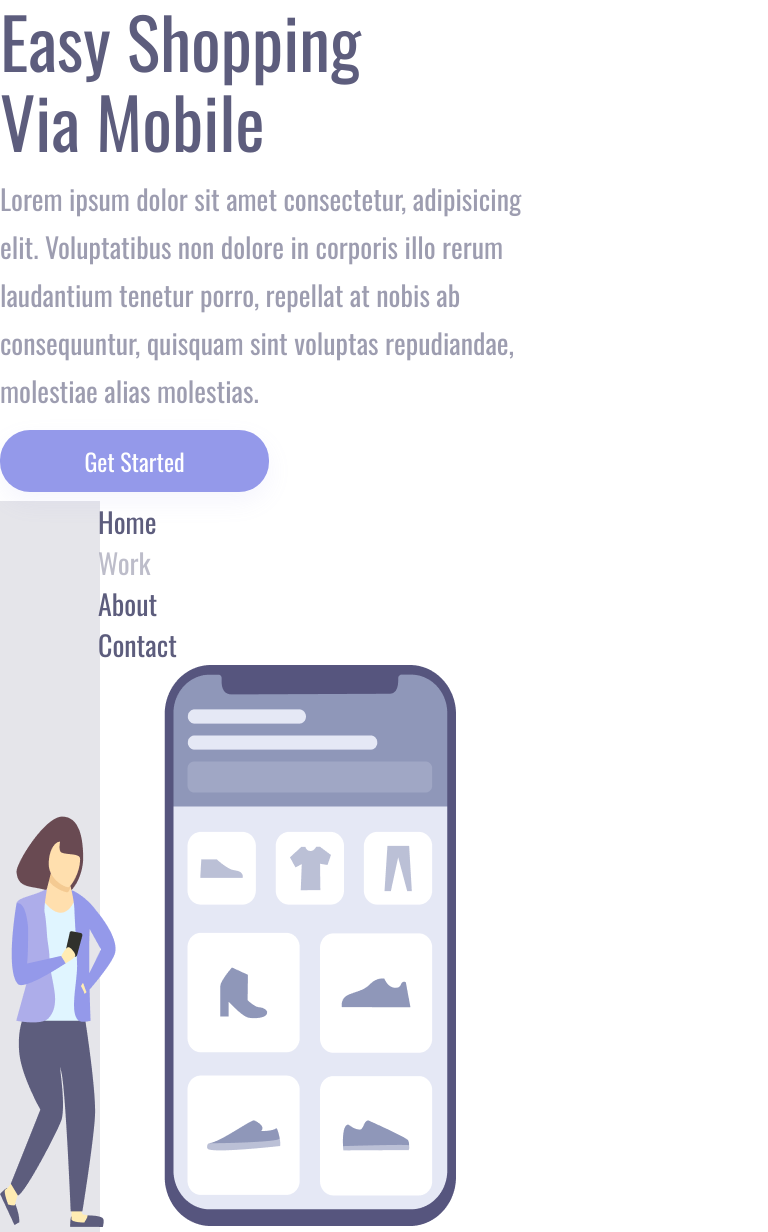
Repository: DihOliver/Projeto-Responsivo
Page: index.html
The author's editor kept a copy of each file at every save. The page is drawn from the files as they stood at one save, then again after the next save.
The browser window is 768 px wide. The pictures show the whole page.
Some web fonts or font styles are not loaded; a fallback is used.

Above is the page before, as saved 2023-06-14 18:29:45.

### index.html
<!DOCTYPE html>
<html lang="en">
  <head>
    <meta charset="UTF-8" />
    <meta http-equiv="X-UA-Compatible" content="IE=edge" />
    <meta name="viewport" content="width=device-width, initial-scale=1.0" />
    <link rel="stylesheet" href="./styles.css" />
    <link rel="preconnect" href="https://fonts.googleapis.com" />
    <link rel="preconnect" href="https://fonts.gstatic.com" crossorigin />
    <link
      href="https://fonts.googleapis.com/css2?family=Montserrat:ital,wght@0,500;0,600;0,700;0,900;1,400&family=Oswald&family=Poppins:wght@400;500;700&family=Roboto:wght@400;500;700&family=Tilt+Prism&display=swap"
      rel="stylesheet"
    />
    <title>Css - Responsividade</title>
  </head>
  <body>
    <div class="wrapper">
      <section class="container-left">
        <h1>Easy Shopping Via Mobile</h1>
        <p>
          Lorem ipsum dolor sit amet consectetur, adipisicing elit. Voluptatibus
          non dolore in corporis illo rerum laudantium tenetur porro, repellat
          at nobis ab consequuntur, quisquam sint voluptas repudiandae,
          molestiae alias molestias.
        </p>
        <button>Get Started</button>
      </section>
      <section class="container-rigth">
        <header>
          <a>Home</a>
          <a>Work</a>
          <a>About</a>
          <a>Contact</a>
        </header>
        <img alt="Girl=cellphone.png" src="./img/girl-cellphone.png" />
      </section>
    </div>
  </body>
</html>

### styles.css
*{
    margin: 0;
    padding: 0;
    box-sizing: border-box;
    font-family: 'Oswald', sans-serif;
    font-weight: 400;
}

.wrapper {
    height: 100vh;
    width: 100vw;

}

.container-left {
    display: inline-block;
    width: 60%;
    padding: 136px;
    margin-top: 25%;


}


.container-rigth {
    display: inline-block;
    background-color: rgba(93,93,125,0.16);
    height: 100vh;
    position: absolute;
    width: 540px;
    width: 40%;


}

img {
    position: relative;
    top: 25%;
    right: 130px;
}

h1 {
    font-weight: 0px;
    font-size: 70px;
    line-height: 80px;
    color: #5D5D7D;
    width: 368px;
    height: 160px;
    width: 368px;


}

p {
    font-size: 28px;
    line-height: 48px;
    color: #5D5D7D;
    opacity: 0.6;
    margin: 15px 0;
    width: 540px;

}

button {
    width: 269px;
    height: 62px;
    background: #9499EA;
    font-size: 24px;
    line-height: 36px;
    text-align: center;
    box-shadow: 0px 10px 24px rgba(148, 153, 234, 0.0979959);
    color: #FFFFFF;
    border: none;
    border-radius: 30px;
    cursor: pointer;
    }

    button:hover {
        opacity: .8;
    }

    button:active {
        opacity: .5;
    }

    a {
        font-size: 28px;
        line-height: 41px;
        color: #5D5D7D;
        margin: 41px;
        cursor: pointer;
    }

    a:nth-child(2) {
        opacity: 0.4;

    }

    a:hover {
        opacity: 0.4;
    }

    a:active {
        opacity: 0.8;
    }

    header {
        margin: 24px 0 0 57px;
    }

    @media screen and (max-width: 900px) {
        .container-left {
            width: 100%;
            height: 50%;
            padding: 0;
            margin: 0;
        }

        .container-rigth {
            display: block;
            height: auto;
            width: 100px;
            position: static;
        }

        img {
            position: static;
        }

        reader {
            display: none;
        }
    }

After the next save:
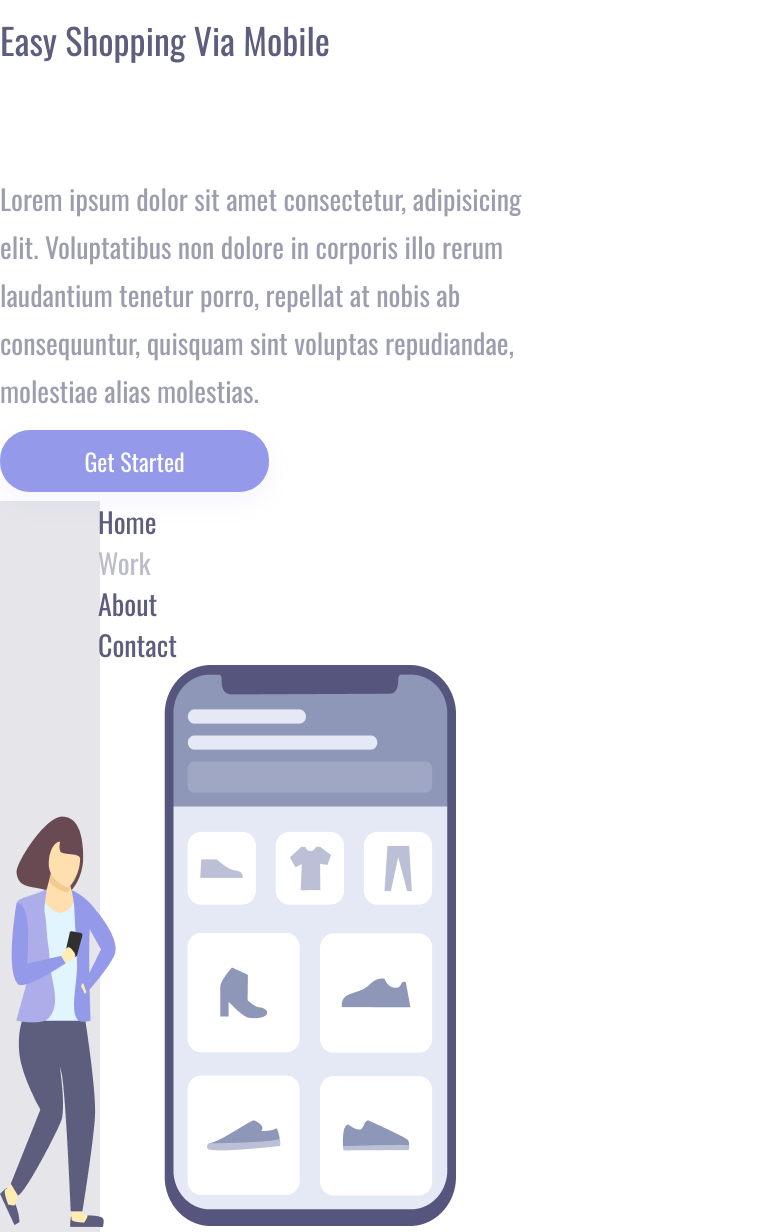
Saved 3 min 3 s later.
--- a/styles.css
+++ b/styles.css
@@ -130,4 +130,7 @@ button {
         reader {
             display: none;
         }
+        h1 {
+            font-size:36px;
+        }
     }
